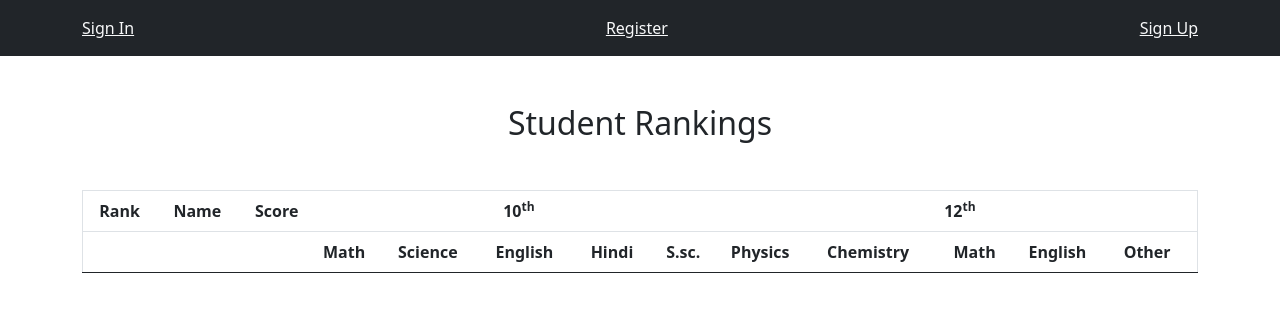
Repository: akankshaajoshi/student-counselling-application
Page: templates/registration/rankings.html
The author's editor kept a copy of each file at every save. The page is drawn from the files as they stood at one save, then again after the next save.
The browser window is 1280 px wide. The pictures show the whole page.
The template is drawn by Django 3.2. The application's start-up code is not run. The template is opened directly, without the code that normally fills it, so the values that code supplies are empty.

Above is the page before, as saved 2024-04-25 13:45:46.

After the next save:
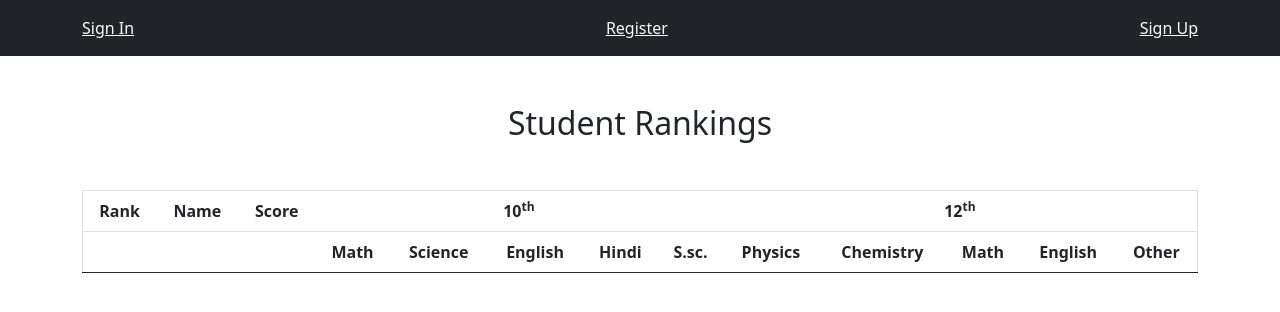
Saved 15 s later.
--- a/templates/registration/rankings.html
+++ b/templates/registration/rankings.html
@@ -19,7 +19,7 @@
         <th colspan="5">10<sup>th</sup></th>
         <th colspan="5">12<sup>th</sup></th>
       </tr>
-      <tr>
+      <tr class="text-center">
         <th colspan="3"></th>
         <th scope="col">Math</th>
         <th scope="col">Science</th>
